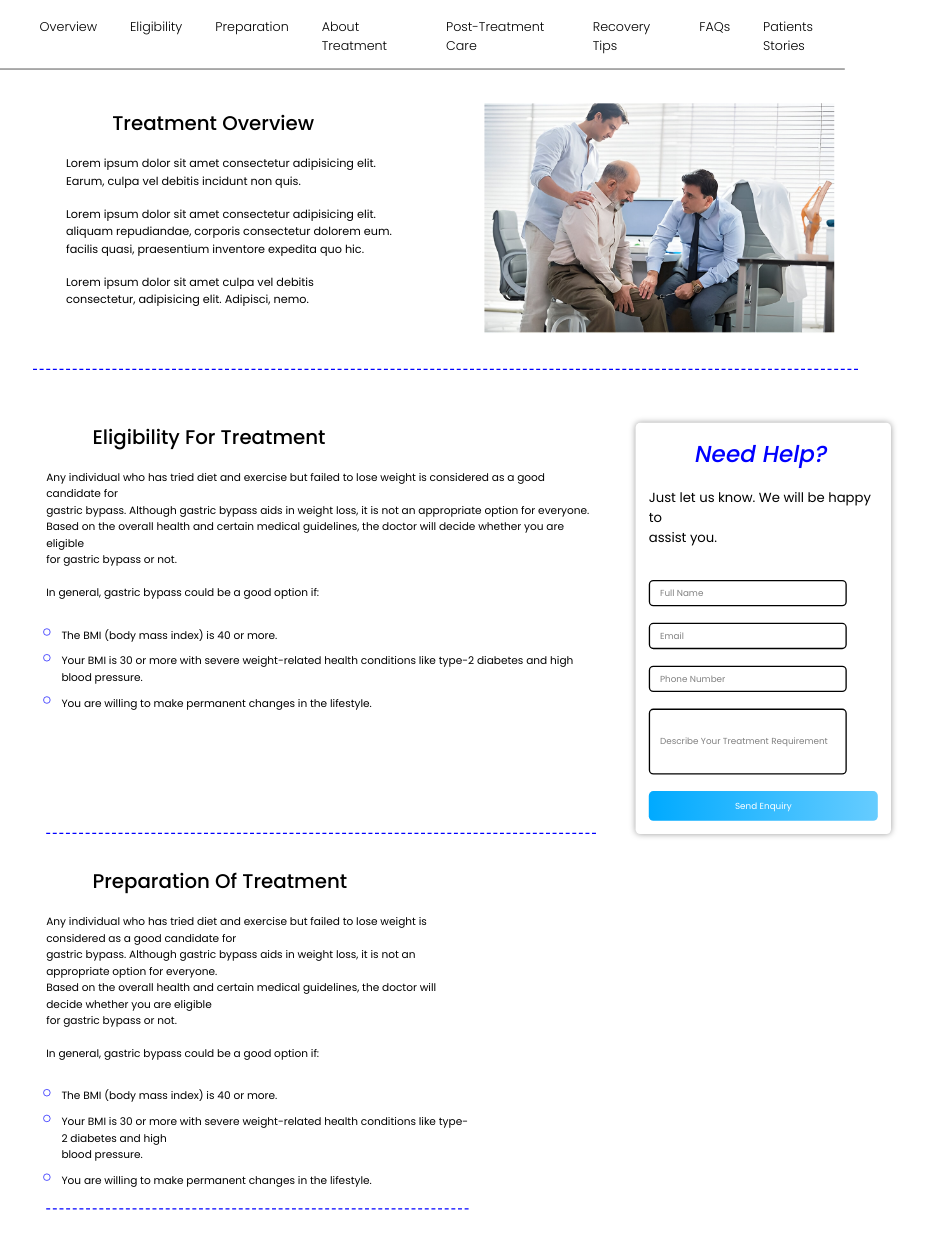
Repository: hetuk2005/webDevelopment
Page: Projects/Aafiya.html
An editor plug-in stored every save of this project. The page is shown before and after the next save, followed by the edit.
The browser window is 1280 px wide. The page is 1438 px wide, so the pictures cover 1438 px, including what lies to the right of the window. The pictures show the part of the page from y = 590 to 2490 px (the page is 6017 px tall), at 66% of full size.
Some web fonts or font styles are not loaded; a fallback is used.

Above is the page before, as saved 2025-04-08 20:08:02.

### Projects/Aafiya.html
<!DOCTYPE html>
<html lang="en">

<head>
    <meta charset="UTF-8" />
    <meta name="viewport" content="width=device-width, initial-scale=1.0" />
    <title>Hetuk</title>
    <link rel="stylesheet" href="./CSS/Aafiya.css" />
</head>

<body>
    <nav>
        <div class="child1">
            <div class="images">
                <img src="./Images/Aafiya Logo.svg" alt="Aafiya Logo" class="img1" /><br />
                <img src="./Images/Logo 2.png" alt="Logo" class="img2" />
            </div>
            <div class="image_text">
                <div class="book_text">
                    <img src="./Images/Book.svg" alt="Book" class="img3" />
                    <div class="grid">
                        <br />
                        <p class="text">Second Medical Option</p>
                        <p class="text1">Book Consultation</p>
                    </div>
                </div>
                <div class="call_text">
                    <img src="./Images/Call.svg" alt="Call" class="img4" /><br />
                    <div class="grid">
                        <br />
                        <p class="text">Call Us On</p>
                        <p class="text1">985 896 2222</p>
                    </div>
                </div>
                <div class="mail_text">
                    <img src="./Images/Mail.png" alt="Mail" class="img5" />
                    <div class="grid">
                        <br />
                        <p class="text">Email Us On</p>
                        <p class="text1">info@mediretreats.com</p>
                    </div>
                </div>
                <div class="India">
                    <img src="./Images/India.svg" alt="India Flag" class="img6" />
                    <img src="./Images/Dropdown Arrow.svg" alt="Dropdown Arrow" class="img7" />
                </div>
            </div>
        </div>
        <div class="child2">
            <ul>
                <li>Home</li>
                <li>About Us</li>
                <li>Treatments +</li>
                <li>Destinations +</li>
                <li>Hospitals</li>
                <li>FAQs</li>
                <li>Blog</li>
                <li>Request A Quote</li>
            </ul>
            <input type="search" placeholder="🔍  Search" />
        </div>
    </nav>
    <div class="home_img">
        <div class="home_child">
            <p class="home_content">Home</p>
            <span> > </span>
            <p class="home_content">Treatments</p>
            <span> > </span>
            <p class="home_content">Orthopaedics</p>
            <span> > </span>
            <p class="home_content">Knee Replacement</p>
        </div>
        <br />
        <h3>Total Knee Replacement</h3>
        <p class="home_description">
            Total knee replacement is a surgery to remove and replace the whole<br /> damaged knee joint with an artificial joint.
        </p>
        <br />
        <button class="enquire_now">Enquire Now</button>
    </div>
    <div class="nav2">
        <ul>
            <li class="list">Overview</li>
            <li>Eligibility</li>
            <li>Preparation</li>
            <li>About Treatment</li>
            <li>Post-Treatment Care</li>
            <li>Recovery Tips</li>
            <li>FAQs</li>
            <li>Patients Stories</li>
        </ul>
    </div>
    <div class="treatment_overview">
        <div class="treatment_text">
            <h3>Treatment Overview</h3>
            <br />
            <p>
                Lorem ipsum dolor sit amet consectetur adipisicing elit.<br /> Earum, culpa vel debitis incidunt non quis.
            </p>
            <p>
                Lorem ipsum dolor sit amet consectetur adipisicing elit.<br /> aliquam repudiandae, corporis consectetur dolorem eum.<br /> facilis quasi, praesentium inventore expedita quo hic.
            </p>
            <p>
                Lorem ipsum dolor sit amet culpa vel debitis<br /> consectetur, adipisicing elit. Adipisci, nemo.
            </p>
            <br /><br />
        </div>
        <div class="treatment_img">
            <img src="./Images/treatment_overview (1).jpg" alt="Image" />
        </div>
    </div>
    <div class="eligibility_for_treatment">
        <div class="eligibility_text">
            <h3>Eligibility For Treatment</h3>
            <br />
            <p>
                Any individual who has tried diet and exercise but failed to lose weight is considered as a good candidate for<br /> gastric bypass. Although gastric bypass aids in weight loss, it is not an appropriate option for everyone.<br /> Based
                on the overall health and certain medical guidelines, the doctor will decide whether you are eligible<br /> for gastric bypass or not.
            </p>
            <br />
            <p>In general, gastric bypass could be a good option if:</p>
            <br />
            <ul>
                <li>The BMI (body mass index) is 40 or more.</li>
                <li>
                    Your BMI is 30 or more with severe weight-related health conditions like type-2 diabetes and high<br /> blood pressure.
                </li>
                <li>You are willing to make permanent changes in the lifestyle.</li>
            </ul>
        </div>
        <br /><br /><br />
        <div class="eligibility_form">
            <h3>Need Help?</h3>
            <br />
            <p>
                Just let us know. We will be happy to<br /> assist you.
            </p>
            <br /><br />
            <form>
                <input type="text" placeholder="Full Name" /><br /><br />
                <input type="email" placeholder="Email" /><br /><br />
                <input type="tel" placeholder="Phone Number" /><br /><br />
                <input type="textarea" placeholder="Describe Your Treatment Requirement" class="textarea" /><br /><br />
                <button class="Enquiry">Send Enquiry</button>
            </form>
        </div>
    </div>
    <div class="preparation_of_treatment">
        <h3>Preparation Of Treatment</h3>
        <br />
        <p>
            Any individual who has tried diet and exercise but failed to lose weight is considered as a good candidate for<br /> gastric bypass. Although gastric bypass aids in weight loss, it is not an appropriate option for everyone.<br /> Based on
            the overall health and certain medical guidelines, the doctor will decide whether you are eligible<br /> for gastric bypass or not.
        </p>
        <br />
        <p>In general, gastric bypass could be a good option if:</p>
        <br />
        <ul>
            <li>The BMI (body mass index) is 40 or more.</li>
            <li>
                Your BMI is 30 or more with severe weight-related health conditions like type-2 diabetes and high<br /> blood pressure.
            </li>
            <li>You are willing to make permanent changes in the lifestyle.</li>
        </ul>
    </div>
    <div class="about_treatment">
        <h3>About Treatment</h3>
        <br />
        <p>
            Any individual who has tried diet and exercise but failed to lose weight is considered as a good candidate for<br /> gastric bypass. Although gastric bypass aids in weight loss, it is not an appropriate option for everyone.<br /> Based on
            the overall health and certain medical guidelines, the doctor will decide whether you are eligible<br /> for gastric bypass or not.
        </p>
        <br />
        <p>In general, gastric bypass could be a good option if:</p>
        <br />
        <ul>
            <li>The BMI (body mass index) is 40 or more.</li>
            <li>
                Your BMI is 30 or more with severe weight-related health conditions like type-2 diabetes and high<br /> blood pressure.
            </li>
            <li>You are willing to make permanent changes in the lifestyle.</li>
        </ul>
    </div>
    <div class="post_treatment">
        <h3>Post-Treatment Care Treatment</h3>
        <br />
        <p>
            Any individual who has tried diet and exercise but failed to lose weight is considered as a good candidate for<br /> gastric bypass. Although gastric bypass aids in weight loss, it is not an appropriate option for everyone.<br /> Based on
            the overall health and certain medical guidelines, the doctor will decide whether you are eligible<br /> for gastric bypass or not.
        </p>
        <br />
        <p>In general, gastric bypass could be a good option if:</p>
        <br />
        <ul>
            <li>The BMI (body mass index) is 40 or more.</li>
            <li>
                Your BMI is 30 or more with severe weight-related health conditions like type-2 diabetes and high<br /> blood pressure.
            </li>
            <li>You are willing to make permanent changes in the lifestyle.</li>
        </ul>
    </div>
    <div class="treatment_recovery">
        <h3>Post-Treatment Care Treatment</h3>
        <br />
        <p>
            Any individual who has tried diet and exercise but failed to lose weight is considered as a good candidate for<br /> gastric bypass. Although gastric bypass aids in weight loss, it is not an appropriate option for everyone.<br /> Based on
            the overall health and certain medical guidelines, the doctor will decide whether you are eligible<br /> for gastric bypass or not.
        </p>
        <br />
        <p>In general, gastric bypass could be a good option if:</p>
        <br />
        <ul>
            <li>The BMI (body mass index) is 40 or more.</li>
            <li>
                Your BMI is 30 or more with severe weight-related health conditions like type-2 diabetes and high<br /> blood pressure.
            </li>
            <li>You are willing to make permanent changes in the lifestyle.</li>
        </ul>
    </div>
    <div class="treatment_faqs">
        <h3>Treatment FAQs</h3>
        <br />
        <p>How do I know the clinic I am searching is verified?</p>
        <br />
        <p>
            I can't travel alone so can some family member or friend of mine accompany me?
        </p>
        <br />
        <p class="answered">
            Can I see my doctor before I decide and what about my post recovery?
        </p>
        <br />
        <p class="answer">
            <span class="left">
          Yes, pre and post treatment consultation can be done. You can speak to
          the doctor at the most<br />
          appropriate time (before you decide to travel) to boost your
          confidence. The team at<br />
          Mediretreats will also help you with arranging the OPD'S after the
          surgeries.
        </span>
        </p>
        <br />
        <a class="bottom">
        How do I share my reports and medical cases with the clinic of my
        choice?
      </a>
        <br />
    </div>
    <h3>Patients Stories & Videos</h3>
    <div class="patient_stories">
        <br />
        <div class="stories_img">
            <div class="text1">
                <p class="stories_text">
                    Underwent procedure for<br /> retinal detachment
                </p>
                <br /><br />
                <img src="./Images/Quotes.svg" alt="Quotes" class="quotes" />
            </div>
            <img src="./Images/Patient_Stories.png" alt="Image Of Patient" />
            <br />
            <div class="profile1">
                <img src="./Images/Profile.svg" alt="Luke Olfert" />
                <div class="flex">
                    <h5>Luke Olfert</h5>
                    <p>New York, USA</p>
                </div>
            </div>
        </div>
        <br><br>
        <div class="S">
            <div class="A">
                <p class="ST">
                    Underwent Colonoscope And<br> Medical Management
                </p>
                <br><br>
                <img src="./Images/Quotes.svg" alt="Quotes" class="quotes" />
            </div>
            <p>Lorem ipsum dolor sit amet consectetur adipisicing elit. Ipsa alias quae<br> eligendi eaque soluta dolore, adipisci ipsum,<br> nam minima qui libero! Perspiciatis non<br> exercitationem nemo culpa ut<br> architecto facere fugiat.<br> Lorem
                ipsum dolor sit amet consectetur adipisicing elit.<br> Soluta placeat consequuntur cumque quasi<br> recusandae earum aspernatur nobis enim non.</p>
            <br />
            <div class="P">
                <img src="./Images/Profile.svg" alt="Luke Olfert" />
                <div class="F">
                    <h5>Luke Olfert</h5>
                    <p>Sydney,Australia</p>
                </div>
            </div>
        </div>
    </div>
</body>

</html>

### Projects/CSS/Aafiya.css
@import url("https://fonts.googleapis.com/css2?family=Cedarville+Cursive&family=Poppins:ital,wght@0,100;0,200;0,300;0,400;0,500;0,600;0,700;0,800;0,900;1,100;1,200;1,300;1,400;1,500;1,600;1,700;1,800;1,900&family=Source+Sans+3:ital,wght@0,200..900;1,200..900&display=swap");
* {
    margin: 0;
    padding: 0;
    box-sizing: border-box;
    font-family: Poppins;
}

nav {
    width: 100%;
}

.child1 {
    display: flex;
    padding-top: 15px;
    gap: 20px;
    /* border: 1px solid black; */
    justify-content: space-evenly;
    align-items: center;
}

.img3,
.img4,
.img5 {
    height: 60px;
    width: 60px;
    padding-top: 10px;
    object-fit: contain;
}

.book_text,
.call_text,
.mail_text {
    display: flex;
    width: 250px;
    /* border: 1px solid red; */
    justify-content: center;
    padding-bottom: 15px;
}

.grid {
    display: grid;
    text-align: left;
    padding-left: 10px;
}

.img1 {
    height: 70px;
    width: 300px;
    object-fit: contain;
}

.img2 {
    height: 80px;
    width: 70px;
    object-fit: contain;
}

.image_text {
    display: flex;
    gap: 20px;
    padding-right: 50px;
}

.images {
    display: flex;
    gap: 25px;
    padding-left: 50px;
    justify-content: center;
    align-items: center;
}

.text1 {
    font-weight: bolder;
    font-size: 15px;
}

.text {
    font-weight: bold;
    color: gray;
    font-size: 15px;
}

.India {
    display: flex;
    padding-left: 5px;
    justify-content: center;
    gap: 8px;
}

.India>.img6 {
    height: 50px;
    /* width: 50px; */
    padding-top: 10px;
    object-fit: contain;
}

.India>.img7 {
    height: 40px;
    /* width: 40px; */
    padding-top: 23px;
    object-fit: contain;
}

.child2 {
    display: flex;
    padding-top: 10px;
    /* border: 1px solid black; */
    justify-content: space-evenly;
    align-items: center;
    color: white;
    padding-bottom: 10px;
    height: 55px;
    background-color: rgb(125, 163, 244);
}

.child2>ul {
    list-style-type: none;
    display: flex;
    gap: 40px;
    justify-content: center;
    align-items: center;
    font-size: large;
    padding-right: 60px;
}

.child2>input {
    height: 55px;
    background-color: blue;
    width: 170px;
    padding-right: 10px;
    border: 2px;
    box-shadow: 0 2px 5px rgba(0, 0, 0, 0.1);
}

.child2>input::placeholder {
    color: white;
    padding-left: 7.5px;
    font-size: large;
    opacity: 0.8;
}

.home_img {
    background-image: url(../Images/Main\ Image.jpg);
    background-position: center center;
    background-size: cover;
    background-repeat: no-repeat;
    padding: 80px 0;
    padding-left: 70px;
    position: relative;
    color: white;
}

.home_img>.home_child {
    display: flex;
    gap: 20px;
}

.home_img>.home_child>.home_content {
    font-size: 20px;
}

.home_img>.home_child>span {
    font-size: 20px;
    font-weight: bold;
}

.home_img>h3 {
    font-size: 37px;
    font-weight: normal;
    margin-bottom: 15px;
}

.home_img>.home_description {
    font-size: 19px;
    margin-bottom: 25px;
}

.home_img>.home_child>span {
    color: red;
}

.home_img>.enquire_now {
    background-color: #1da1f2;
    color: white;
    font-size: 17px;
    width: 170px;
    height: 40px;
    border: transparent;
}

.nav2>ul {
    list-style-type: none;
    display: flex;
    gap: 50px;
    padding-left: 60px;
    padding-top: 25px;
    padding-bottom: 20px;
    border-bottom: 2px solid gray;
    font-size: larger;
    font-weight: 300;
}

.nav2>ul>.list:hover {
    text-decoration: underline;
}

.treatment_overview {
    display: flex;
    width: 1250px;
    height: 455px;
    gap: 140px;
    margin-bottom: 30px;
    border-bottom: 2px dashed blue;
    margin-left: 50px;
}

.treatment_overview>.treatment_text {
    padding-top: 59px;
    padding-left: 50px;
}

.treatment_overview>.treatment_text>p {
    font-size: 17px;
    padding-bottom: 25px;
}

.treatment_overview>.treatment_text>h3 {
    font-weight: 500;
    font-size: 30px;
}

.treatment_overview>.treatment_img>img {
    height: 410px;
    width: 530px;
    padding-top: 40px;
    object-fit: contain;
}

.eligibility_for_treatment {
    display: flex;
    width: 1280px;
    gap: 30px;
    padding-top: 50px;
    margin-left: 70px;
}

.eligibility_for_treatment>.eligibility_text {
    border-bottom: 2px dashed blue;
}

.eligibility_for_treatment>.eligibility_text>h3 {
    font-size: 30px;
    font-weight: 500;
}

.eligibility_for_treatment>.eligibility_text>ul {
    list-style-type: circle;
    padding-left: 23px;
}

.eligibility_for_treatment>.eligibility_text>ul>li::marker {
    color: blue;
    font-size: 30px;
    font-weight: bold;
}

.eligibility_for_treatment>.eligibility_form>h3 {
    font-size: 35px;
    color: blue;
    font-weight: 500;
    font-style: italic;
}

.eligibility_form {
    box-shadow: 0 0 10px rgba(0, 0, 0, 0.4);
    border-radius: 7px;
    padding: 20px;
}

.eligibility_for_treatment>.eligibility_form>p {
    font-size: 20px;
}

.eligibility_for_treatment>.eligibility_form>form>input {
    height: 40px;
    width: 300px;
    gap: 20px;
    border: 2px solid black;
    border-radius: 7px;
}

.eligibility_for_treatment>.eligibility_form>form>input::placeholder {
    color: gray;
    padding-left: 15px;
}

.eligibility_for_treatment>.eligibility_form>form>.textarea {
    height: 100px;
    width: 300px;
    border: 2px solid black;
    border-radius: 7px;
}


/*.eligibility_for_treatment>.eligibility_form>form>.textarea::placeholder {
    padding-bottom: 70px;
}*/

.eligibility_for_treatment>.eligibility_form>form>button {
    background: linear-gradient(to right, #00aaff, #66ccff);
    color: white;
    width: 100%;
    border-radius: 7px;
    border: none;
    height: 45px;
}

.preparation_of_treatment>h3 {
    font-size: 30px;
    font-weight: 500;
}

.preparation_of_treatment {
    border-bottom: 2px dashed blue;
    margin-bottom: 10px;
    padding-bottom: 30px;
    gap: 50px;
    padding-top: 50px;
    margin-left: 70px;
    width: 50%;
}

.preparation_of_treatment>ul {
    list-style-type: circle;
    padding-left: 23px;
}

.preparation_of_treatment>ul>li::marker {
    color: blue;
    font-size: 30px;
    font-weight: bold;
}

.about_treatment {
    border-bottom: 2px dashed blue;
    margin-bottom: 10px;
    padding-bottom: 30px;
    gap: 50px;
    padding-top: 50px;
    margin-left: 70px;
    width: 50%;
}

.about_treatment>ul {
    list-style-type: circle;
    padding-left: 23px;
}

.about_treatment>ul>li::marker {
    color: blue;
    font-size: 30px;
    font-weight: bold;
}

.about_treatment>h3 {
    font-size: 30px;
    font-weight: 500;
}

.post_treatment {
    border-bottom: 2px dashed blue;
    margin-bottom: 10px;
    padding-bottom: 30px;
    gap: 50px;
    padding-top: 50px;
    margin-left: 70px;
    width: 50%;
}

.post_treatment>ul {
    list-style-type: circle;
    padding-left: 23px;
}

.post_treatment>ul>li::marker {
    color: blue;
    font-size: 30px;
    font-weight: bold;
}

.post_treatment>h3 {
    font-size: 30px;
    font-weight: 500;
}

.treatment_recovery {
    border-bottom: 2px dashed blue;
    margin-bottom: 10px;
    padding-bottom: 30px;
    gap: 50px;
    padding-top: 50px;
    margin-left: 70px;
    width: 50%;
}

.treatment_recovery>ul {
    list-style-type: circle;
    padding-left: 23px;
}

.treatment_recovery>ul>li::marker {
    color: blue;
    font-size: 30px;
    font-weight: bold;
}

.treatment_recovery>h3 {
    font-size: 30px;
    font-weight: 500;
}

.treatment_faqs>h3 {
    font-size: 30px;
    font-weight: 500;
}

.treatment_faqs {
    border-bottom: 2px dashed blue;
    padding-bottom: 45px;
    margin-bottom: 11px;
    gap: 50px;
    padding-top: 50px;
    margin-left: 70px;
    width: 50%;
}

.treatment_faqs>p {
    border-top: 1px solid gray;
    padding-top: 15px;
    counter-reset: value;
}

.treatment_faqs>p::before {
    counter-increment: value;
    content: "+  ";
    font-weight: bold;
    color: blue;
}

.treatment_faqs>.answered {
    counter-reset: value;
}

.treatment_faqs>.answered::before {
    counter-increment: value;
    content: "-  ";
    color: blue;
}

.treatment_faqs>.bottom {
    border-bottom: 1px solid gray;
    display: block;
    padding-bottom: 15px;
    counter-reset: value;
}

.treatment_faqs>.bottom::before {
    counter-increment: value;
    content: "+  ";
    font-weight: bold;
    color: blue;
}

.treatment_faqs>.answer {
    border-top: 1px solid blue;
    border-bottom: 1px solid blue;
    padding-left: 50px;
    padding-top: 10px;
    padding-bottom: 10px;
    counter-reset: value;
}

.treatment_faqs>.answer::before {
    counter-increment: value;
    content: "";
    color: blue;
}

.treatment_faqs>.answer>.left {
    border-left: 1px solid blue;
    display: block;
    font-size: small;
    padding-left: 5px;
    color: gray;
}

.patient_stories {
    border-bottom: 2px dashed blue;
    margin-bottom: 10px;
    padding-bottom: 30px;
    gap: 50px;
    padding-top: 50px;
    margin-left: 70px;
    width: 50%;
    display: flex;
}

h3 {
    font-size: 30px;
    font-weight: 500;
    padding-left: 70px;
}

.patient_stories>.stories_img {
    border: 1px solid gray;
    width: 400px;
    padding-left: 20px;
    padding-top: 20px;
    padding-right: 20px;
}

.patient_stories>.stories_img>.text1 {
    display: flex;
    font-size: 13px;
    font-weight: 500;
}

.patient_stories>.stories_img>.text1>.quotes {
    height: 40px;
    padding-left: 150px;
}

.patient_stories>.stories_img>img {
    width: 360px;
    object-fit: contain;
}

.profile1 {
    display: flex;
    gap: 10px;
    padding: 10px 0;
}

.profile1>img {
    width: 50px;
    height: 50px;
}

.profile1>.flex>h5 {
    font-size: large;
    font-weight: normal;
}

.profile1>.flex>p {
    font-size: 13px;
    color: gray;
}

.patient_stories>.S {
    border: 1px solid gray;
    width: 400px;
    padding-left: 20px;
    padding-top: 20px;
    padding-right: 20px;
}

.patient_stories>.S>.A {
    display: flex;
    font-size: 13px;
    font-weight: 500;
}

.patient_stories>.S>.A>.quotes {
    height: 40px;
    padding-left: 150px;
}

After the next save:
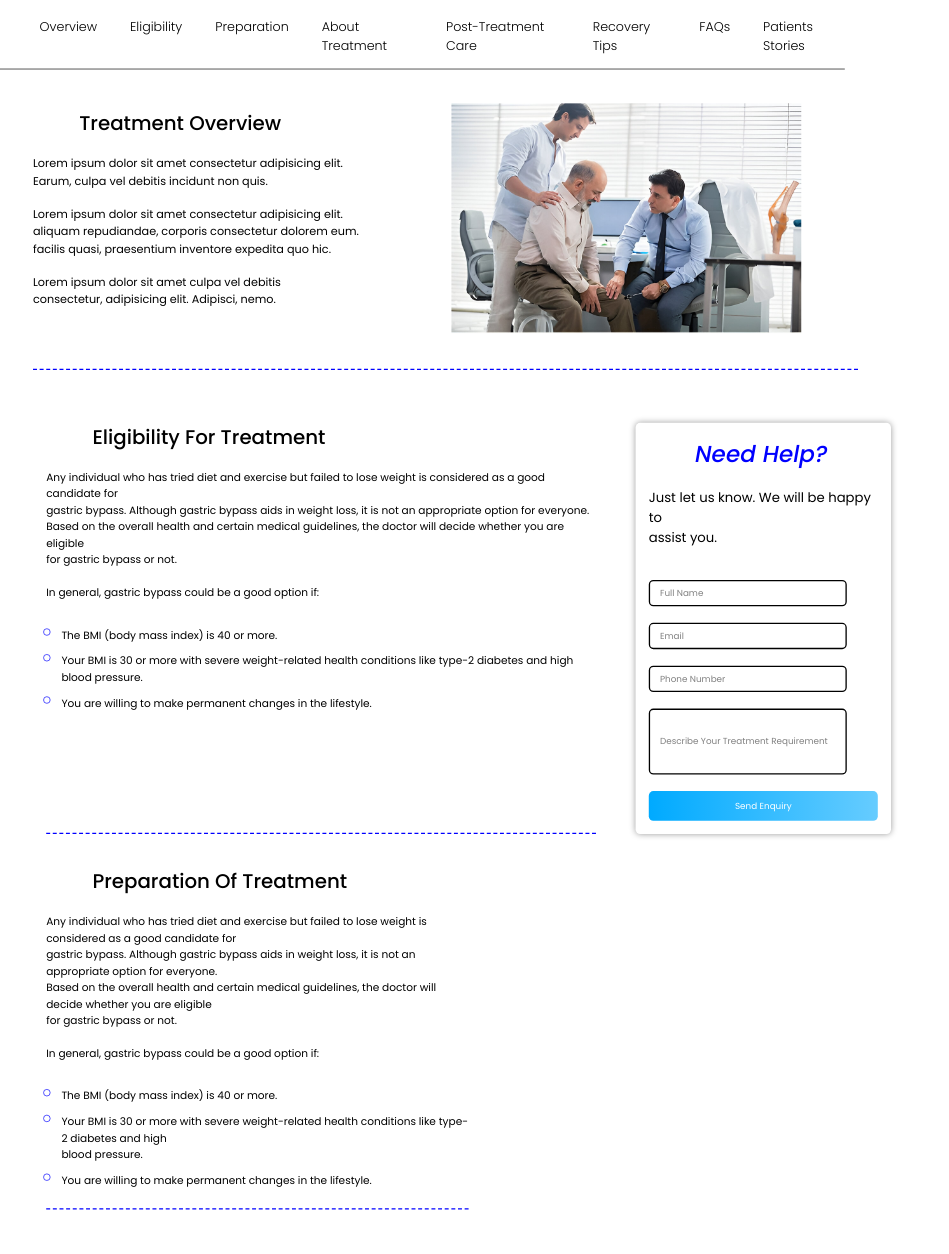
Saved 103 s later.
--- a/Projects/CSS/Aafiya.css
+++ b/Projects/CSS/Aafiya.css
@@ -217,7 +217,7 @@ nav {
 
 .treatment_overview>.treatment_text {
     padding-top: 59px;
-    padding-left: 50px;
+    /* padding-left: 50px; */
 }
 
 .treatment_overview>.treatment_text>p {
